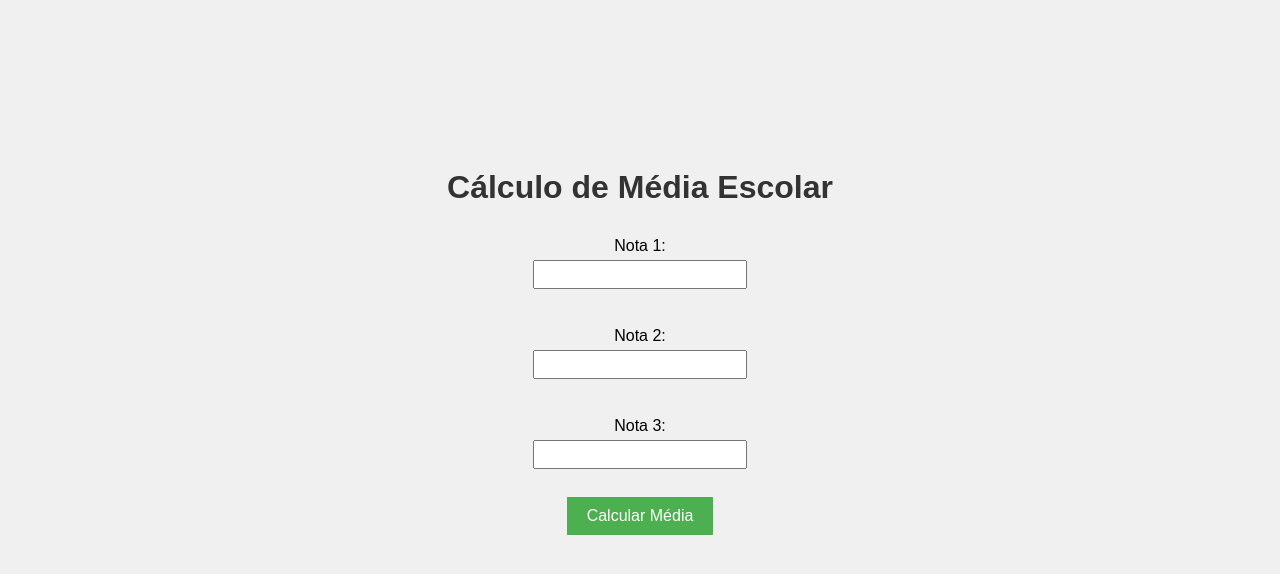
Repository: Gabrielb0rn/JavaScript-HTML.io
Page: atividade 5/index.html
The author's editor kept a copy of each file at every save. The page is drawn from the files as they stood at one save, then again after the next save.
The browser window is 1280 px wide. The pictures show the whole page.

Above is the page before, as saved 2024-07-04 11:09:35.

### atividade 5/index.html
<!DOCTYPE html>
<html lang="pt-br">
<head>
    <meta charset="UTF-8">
    <meta name="viewport" content="width=device-width, initial-scale=1.0">
    <link rel="stylesheet" href="assets/style.css">
    <title>Cálculo de Média Escolar</title>
</head>
<body>
    <h1>Cálculo de Média Escolar</h1>

    <label for="nota1">Nota 1:</label>
    <input type="number" id="nota1" name="nota1"><br>

    <label for="nota2">Nota 2:</label>
    <input type="number" id="nota2" name="nota2"><br>

    <label for="nota3">Nota 3:</label>
    <input type="number" id="nota3" name="nota3"><br>

    <button onclick="calcularMedia()">Calcular Média</button>

    <p id="resultado"></p>

    <script src="assets/scripts.js"></script>
</body>
</html>

### atividade 5/assets/style.css
body {
    font-family: Arial, sans-serif;
    display: flex;
    flex-direction: column;
    align-items: center;
    justify-content: center;
    height: 100vh;
    background-color: #f0f0f0;
    margin: 0;
}
h1 {
    color: #333;
}
label {
    margin: 10px 0 5px;
}
input {
    padding: 5px;
    margin-bottom: 10px;
    width: 200px;
}
button {
    padding: 10px 20px;
    background-color: #4CAF50;
    color: white;
    border: none;
    cursor: pointer;
    font-size: 16px;
}
button:hover {
    background-color: #45a049;
}
#resultado {
    margin-top: 20px;
    font-size: 18px;
    color: #333;
}

### atividade 5/assets/scripts.js
function calcularMedia() {
    var nota1 = parseFloat(document.getElementById("nota1").value);
    var nota2 = parseFloat(document.getElementById("nota2").value);
    var nota3 = parseFloat(document.getElementById("nota3").value);

    if (isNaN(nota1) || isNaN(nota2) || isNaN(nota3)) {
        alert("Por favor, insira todas as notas.");
        return;
    }

    var media = (nota1 + nota2 + nota3) / 3;
    var resultado = media >= 7 ? "Aprovado" : "Reprovado";

    alert("A média é: " + media.toFixed(2) + "\n" + resultado);
}

After the next save:
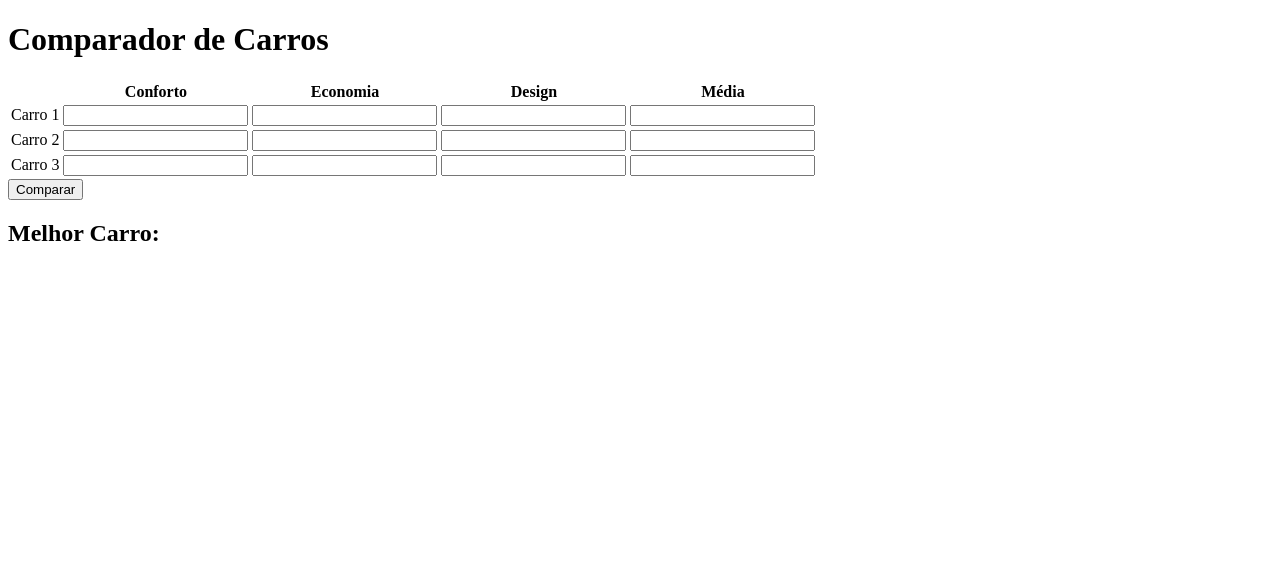
Not found: atividade 5/script.js
Not found: atividade 5/styles.css
Saved 13 s later.
--- a/atividade 5/index.html
+++ b/atividade 5/index.html
@@ -1,27 +1,47 @@
 <!DOCTYPE html>
-<html lang="pt-br">
+<html lang="pt-BR">
 <head>
     <meta charset="UTF-8">
     <meta name="viewport" content="width=device-width, initial-scale=1.0">
-    <link rel="stylesheet" href="assets/style.css">
-    <title>Cálculo de Média Escolar</title>
+    <title>Comparador de Carros</title>
+    <link rel="stylesheet" href="styles.css">
 </head>
 <body>
-    <h1>Cálculo de Média Escolar</h1>
-
-    <label for="nota1">Nota 1:</label>
-    <input type="number" id="nota1" name="nota1"><br>
-
-    <label for="nota2">Nota 2:</label>
-    <input type="number" id="nota2" name="nota2"><br>
-
-    <label for="nota3">Nota 3:</label>
-    <input type="number" id="nota3" name="nota3"><br>
-
-    <button onclick="calcularMedia()">Calcular Média</button>
-
-    <p id="resultado"></p>
-
-    <script src="assets/scripts.js"></script>
+    <div class="container">
+        <h1>Comparador de Carros</h1>
+        <table>
+            <tr>
+                <th></th>
+                <th>Conforto</th>
+                <th>Economia</th>
+                <th>Design</th>
+                <th>Média</th>
+            </tr>
+            <tr>
+                <td>Carro 1</td>
+                <td><input type="number" id="carro1-conforto" /></td>
+                <td><input type="number" id="carro1-economia" /></td>
+                <td><input type="number" id="carro1-design" /></td>
+                <td><input type="text" id="carro1-media" readonly /></td>
+            </tr>
+            <tr>
+                <td>Carro 2</td>
+                <td><input type="number" id="carro2-conforto" /></td>
+                <td><input type="number" id="carro2-economia" /></td>
+                <td><input type="number" id="carro2-design" /></td>
+                <td><input type="text" id="carro2-media" readonly /></td>
+            </tr>
+            <tr>
+                <td>Carro 3</td>
+                <td><input type="number" id="carro3-conforto" /></td>
+                <td><input type="number" id="carro3-economia" /></td>
+                <td><input type="number" id="carro3-design" /></td>
+                <td><input type="text" id="carro3-media" readonly /></td>
+            </tr>
+        </table>
+        <button onclick="comparar()">Comparar</button>
+        <h2>Melhor Carro: <span id="melhor-carro"></span></h2>
+    </div>
+    <script src="script.js"></script>
 </body>
 </html>
